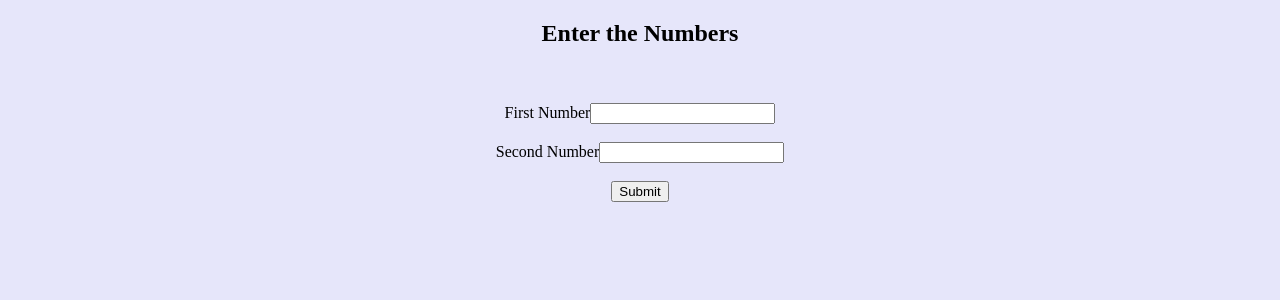
Repository: r-svp26/J2EE-Hands-On
Page: ServletBasics/WebContent/number.html
An editor plug-in stored every save of this project. The page is shown before and after the next save, followed by the edit.
The browser window is 1280 px wide. The pictures show the whole page.

Above is the page before, as saved 2020-01-03 13:23:34.

### ServletBasics/WebContent/number.html
<!DOCTYPE html>
	<html>

		<head>
			<meta charset="ISO-8859-1">
			<title>Addition Of Two Numbers</title>
		</head>


		<body bgcolor="#E6E6FA" align="center">

			<form action="AdditionServlet">
				 <h2>Enter the Numbers</h2><br><br>
					First Number<input type="text" name="num1"> <br><br>
					Second Number<input type="text" name="num2">  <br><br>
					<input type="submit" name="Submit"/>
			</form>
		</body>
</html>

After the next save:
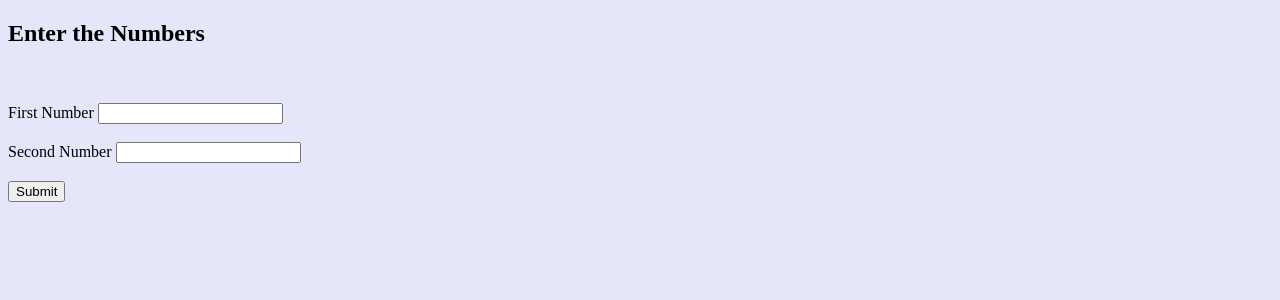
Saved 26 s later.
--- a/ServletBasics/WebContent/number.html
+++ b/ServletBasics/WebContent/number.html
@@ -7,12 +7,12 @@
 		</head>
 
 
-		<body bgcolor="#E6E6FA" align="center">
+		<body bgcolor="#E6E6FA">
 
 			<form action="AdditionServlet">
 				 <h2>Enter the Numbers</h2><br><br>
-					First Number<input type="text" name="num1"> <br><br>
-					Second Number<input type="text" name="num2">  <br><br>
+					First Number <input type="text" name="num1"> <br><br>
+					Second Number <input type="text" name="num2">  <br><br>
 					<input type="submit" name="Submit"/>
 			</form>
 		</body>
